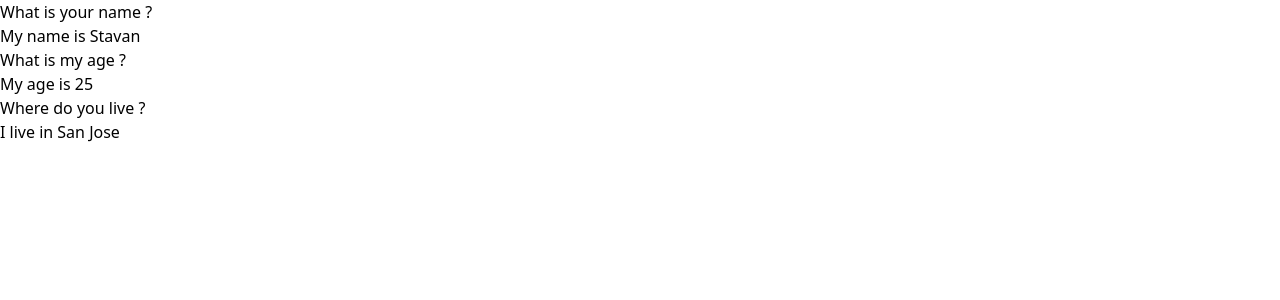
Repository: stavan30/components
Page: /
The author's editor kept a copy of each file at every save. The page is drawn from the files as they stood at one save, then again after the next save.
The browser window is 1280 px wide. The pictures show the whole page.
The project was rebuilt for these pictures with package versions that can differ from the ones it lists, and the page was loaded fresh each time.

Above is the page before, as saved 2024-03-13 01:55:35.

After the next save:
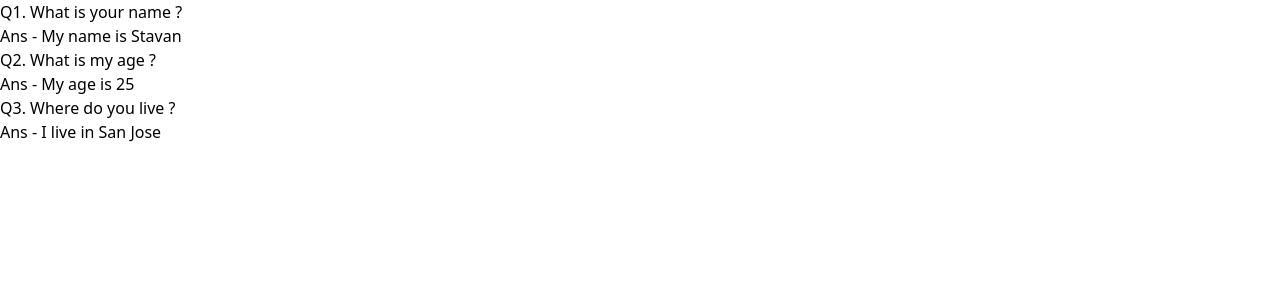
Saved 3 min 50 s later.
--- a/src/App.js
+++ b/src/App.js
@@ -6,18 +6,18 @@ const App = () => {
     const items = [
         {
             id: 'd36dqd',
-            label: 'What is your name ?',
-            content: 'My name is Stavan'
+            label: 'Q1. What is your name ?',
+            content: 'Ans - My name is Stavan'
         },
         {
             id: '4542vs',
-            label: 'What is my age ?',
-            content: 'My age is 25'
+            label: 'Q2. What is my age ?',
+            content: 'Ans - My age is 25'
         },
         {
             id: '12ehq3',
-            label: 'Where do you live ?',
-            content: 'I live in San Jose'
+            label: 'Q3. Where do you live ?',
+            content: 'Ans - I live in San Jose'
         },
     ]
 
